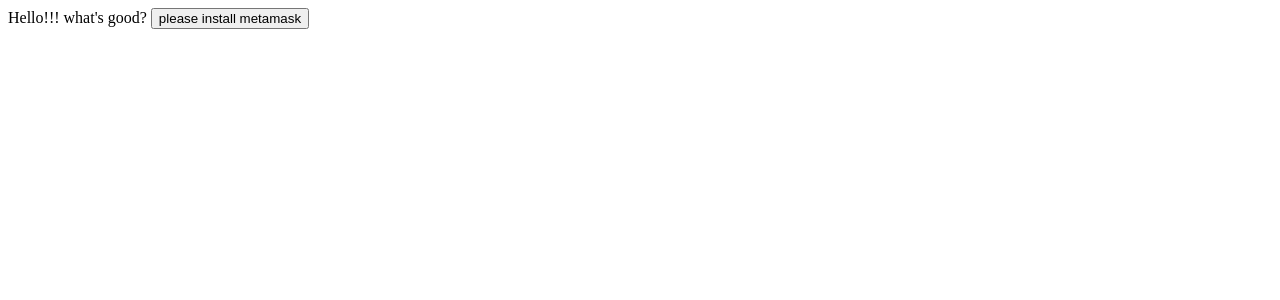
Repository: southernDave/html-frontend
Page: index.html
The author's editor kept a copy of each file at every save. The page is drawn from the files as they stood at one save, then again after the next save.
The browser window is 1280 px wide. The pictures show the whole page.
After loading, the first visible `#connectButton` was clicked once.

Above is the page before, as saved 2022-06-09 15:21:18.

### index.html
<!DOCTYPE html>
<html lang="en">
<head>
    <meta charset="UTF-8">
    <meta http-equiv="X-UA-Compatible" content="IE=edge">
    <meta name="viewport" content="width=device-width, initial-scale=1.0">
    <title>Fund Me App</title>
</head>
<body>
    Hello!!! what's good?
    <script src="./index.js" type="text/javascript">

    </script>
    <button id="connectButton" onclick="connect()">Connect</button>
</body>
</html>

### index.js



async function connect() {
    if(typeof window.ethereum != "undefined") {
        await window.ethereum.request({method: "eth_requestAccounts"})
        document.getElementById("connectButton").innerHTML = "Connected!"
    } else{
        document.getElementById("connectButton").innerHTML = "please install metamask"
    }
}

After the next save:
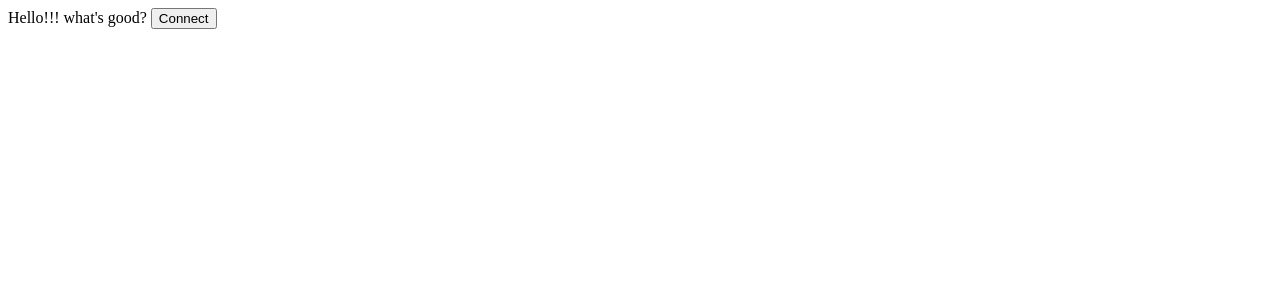
Console error: TypeError: Cannot set properties of null (setting 'innerHTML')
Saved 2 min 24 s later.
--- a/index.js
+++ b/index.js
@@ -1,11 +1,11 @@
-
+const ConnectButton = document.getElementById("connectButton")
 
 
 async function connect() {
     if(typeof window.ethereum != "undefined") {
         await window.ethereum.request({method: "eth_requestAccounts"})
-        document.getElementById("connectButton").innerHTML = "Connected!"
+        ConnectButton.innerHTML = "Connected!"
     } else{
-        document.getElementById("connectButton").innerHTML = "please install metamask"
+        ConnectButton.innerHTML = "please install metamask"
     }
 }

After the 2 saves that followed:
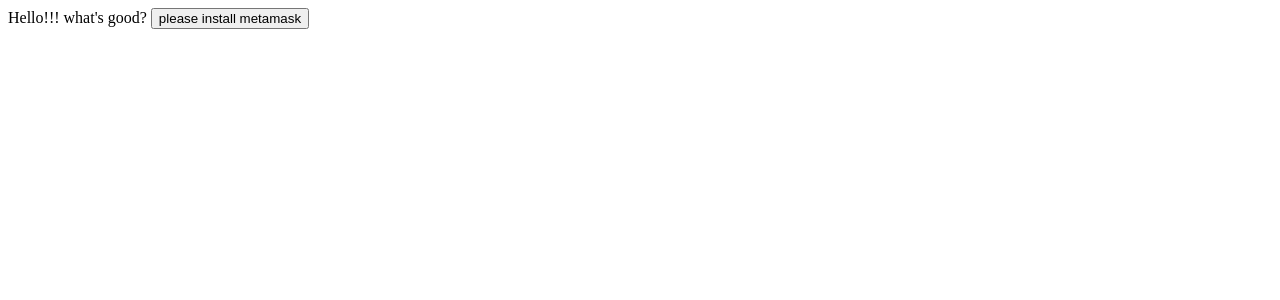
The error is gone.
The 2 saves are shown as one change because 1 left the picture as it was.
The last was saved 2 min 37 s later.
--- a/index.js
+++ b/index.js
@@ -1,11 +1,11 @@
-const ConnectButton = document.getElementById("connectButton")
+
 
 
 async function connect() {
     if(typeof window.ethereum != "undefined") {
         await window.ethereum.request({method: "eth_requestAccounts"})
-        ConnectButton.innerHTML = "Connected!"
+        document.getElementById("connectButton").innerHTML = "Connected!"
     } else{
-        ConnectButton.innerHTML = "please install metamask"
+        document.getElementById("connectButton").innerHTML = "please install metamask"
     }
 }
